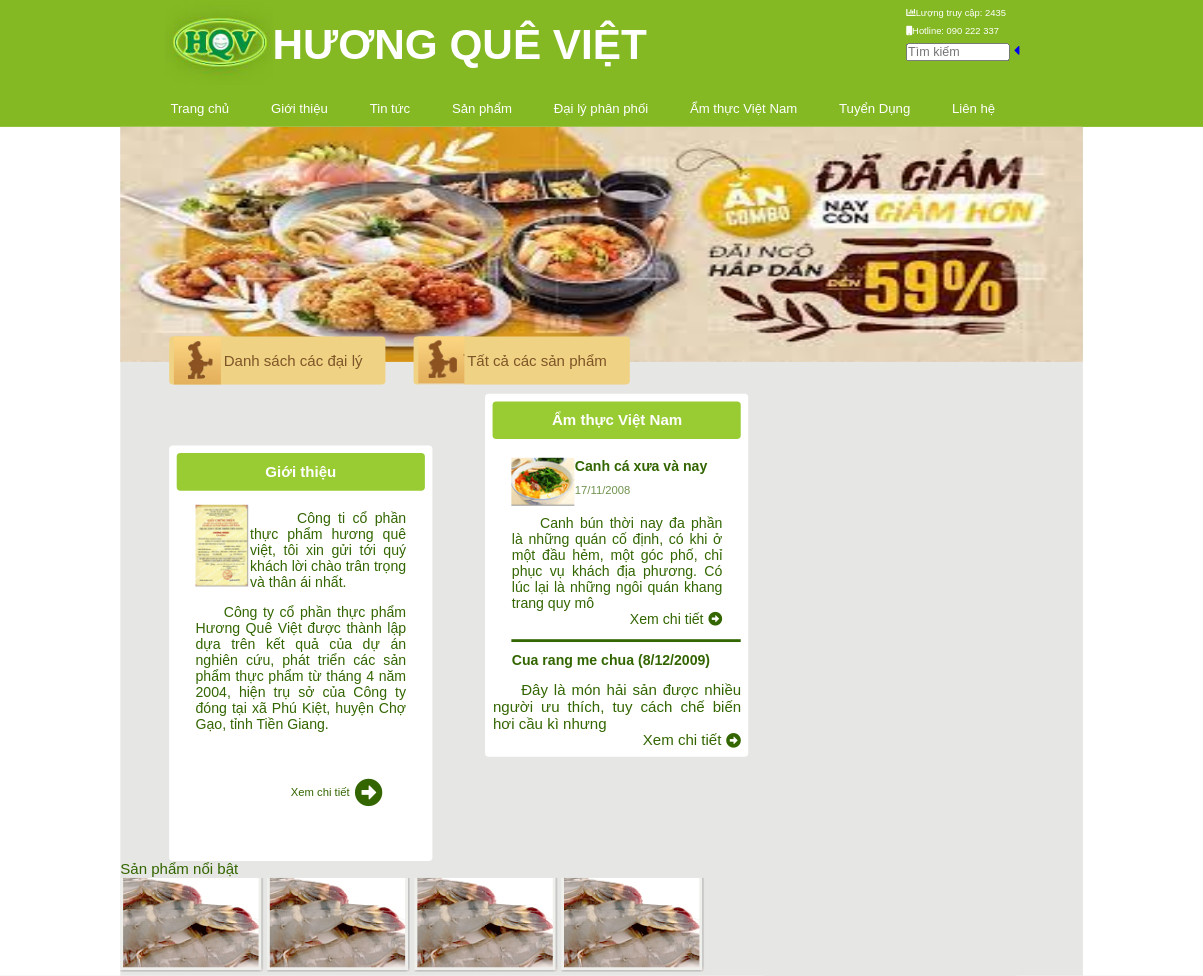
Repository: NgocTruong0701/Self_Learning
Page: html/practice/Baitapweb/index.html
The author's editor kept a copy of each file at every save. The page is drawn from the files as they stood at one save, then again after the next save.
The browser window is 1280 px wide. The pictures show the whole page, at 94% of full size.

Above is the page before, as saved 2021-10-06 21:56:52.

### html/practice/Baitapweb/index.html
<!DOCTYPE html>
<html>
    <head>
        <title>Web Bài 4</title>
        <meta charset="UTF-8">
        <meta name="author" content="Lê Ngọc Trường">
        <link rel="stylesheet" type="text/css" href="./assets/css/styles.css">
        <link rel="stylesheet" href="./assets/font/fontawesome-free-5.15.4-web/css/all.css">
    </head>

    <body>
        <!-- Begin Header -->
        <header>
            <!-- Banner -->
            <div id="banner">
                <!-- Khối bên trái -->
                <div class="box-left">
                    <!-- logo -->
                    <div class="logo">
                        <img src="./assets/pictures/logo/logo.jpg" alt="logo">
                    </div>

                    <!-- tiêu đề -->
                    <div class="header-heading">
                        hương quê việt
                    </div>
                </div>

                <!-- khối bên phải -->
                <div class="box-right">
                    <div class="thongtin">
                        <div class="ltruycap">
                            <i class="fas fa-chart-bar"></i>
                            <p>Lượng truy cập: 2435</p>
                        </div>

                        <div class="ltruycap">
                            <i class="fas fa-mobile"></i>
                            <p>Hotline: 090 222 337</p>
                        </div>
                    </div>

                    <div class="search">
                        <form action="url" method="GET" >
                            <input type="text" placeholder="Tìm kiếm" class="onhap">
                            <a href="#">
                                <i class="fas fa-caret-left"></i>
                            </a>
                        </form>
                    </div>
                </div>
            </div>

            <!-- menu header -->
            <div class="menu-header">
                <ul class="menu-tren">
                    <li><a href="#">Trang chủ</a></li>
                    <li><a href="#">Giới thiệu</a></li>
                    <li><a href="#">Tin tức</a></li>
                    <li><a href="#">Sản phẩm</a></li>
                    <li><a href="#">Đại lý phân phối</a></li>
                    <li><a href="#">Ẩm thực Việt Nam</a></li>
                    <li><a href="#">Tuyển Dụng</a></li>
                    <li><a href="#">Liên hệ</a></li>
                </ul>
            </div>

        </header>
        <!-- End Header -->

        <!-- Begin Body -->
        <div id="container">
            <div class="box-up">
                <div class="body-banner">
                    <img src="./assets/pictures/banner/banner.jpg" alt="body-banner">
                </div>

                <div class="box-list-title">
                    <div class="body-title">
                        <img src="./assets/pictures/product/BT1_03.gif" alt="daily">

                        <p class="body-list">
                            Danh sách các đại lý
                        </p>
                    </div>

                    <div class="body-title">
                        <img src="./assets/pictures/product/BT1_05.gif" alt="daily">

                        <p class="body-list">
                            Tất cả các sản phẩm
                        </p>
                    </div>
                </div>
            </div>


            <div class="box-down">
                <div class="introduce">
                    <p class="title-introduce">Giới thiệu</p>

                    <div class="box-introduce-first">
                        <img src="./assets/pictures/product/BT1_10.gif" alt="chứng nhận" class="image-box-left">

                        <p class="line-first">Công ti cổ phần thực phẩm hương quê việt, tôi xin gửi tới quý khách lời chào trân trọng và thân ái nhất.</p>

                        <p class="line-second">
                            Công ty cổ phần thực phẩm Hương Quê Việt được thành lập dựa trên kết quả của dự án nghiên cứu, phát triển các sản phẩm thực phẩm từ tháng 4 năm 2004, hiện trụ sở của Công ty đóng tại xã Phú Kiệt, huyện Chợ Gạo, tỉnh Tiền Giang.
                        </p>
                    </div>

                    <div class="more">
                        <p class="text-more">Xem chi tiết</p>

                        <i class="fas fa-arrow-alt-circle-right first-icon"></i>
                    </div>
                </div>

                <div class="review">
                    <p class="title-introduce">Ẩm thực Việt Nam</p>

                    <div class="box-review-first">
                        <img src="./assets/pictures/product/BT1_13.gif" alt="chứng nhận" class="image-box-left">

                        <div class="reviewer">
                            <p class="heading-up">Canh cá xưa và nay</p>

                            <p class="time">17/11/2008</p>
                        </div>


                        <p class="line-second">
                            Canh bún thời nay đa phần là những quán cố định, có khi ở một đầu hẻm, một góc phố, chỉ phục vụ khách địa phương. Có lúc lại là những ngôi quán khang trang quy mô
                        </p>
                        <div class="more-second">
                            <p class="text-more">Xem chi tiết</p>

                            <i class="fas fa-arrow-alt-circle-right second-icon"></i>
                        </div>
                    </div>

                    <div class="box-introduce-second">
                        <p class="heading-up-review">Cua rang me chua <span>(8/12/2009)</span></p>

                        <p class="line-second">
                            Đây là món hải sản được nhiều người ưu thích, tuy cách chế biến hơi cầu kì nhưng
                        </p>

                        <div class="more-second">
                            <p class="text-more">Xem chi tiết</p>

                            <i class="fas fa-arrow-alt-circle-right second-icon"></i>
                        </div>
                    </div>

                </div>



                <div class="list-introduce">
                    <p class="heading-list-introduce">
                        Sản phẩm nổi bật
                    </p>

                    <div class="picture-introduce">
                        <img src="./assets/pictures/product/BT1_16.gif" alt="one" class="img-introduce">
                        <img src="./assets/pictures/product/BT1_16.gif" alt="one" class="img-introduce">
                        <img src="./assets/pictures/product/BT1_16.gif" alt="one" class="img-introduce">
                        <img src="./assets/pictures/product/BT1_16.gif" alt="one" class="img-introduce">
                    </div>
                </div>
            </div>
        </div>
        <!-- End Body -->

        <!-- Begin Footer -->
        <footer>

        </footer>
        <!-- End Footer -->
    </body>
</html>

### html/practice/Baitapweb/assets/css/styles.css
/* RESET CSS */
*{
    padding:0;
    margin: 0;
    box-sizing:border-box;
}

html{
    font-family: Arial, Helvetica, sans-serif;
    color:#fff;
}
/* Begin Header */
header{
    background-color: rgb(132, 185, 35);
    text-align: center;
    width: 100%;
    height: 135px;
}

#banner{
    width: 100%;
    height: 95px;
    display: flex;
    justify-content: space-evenly
}



.header-heading{
    text-transform: uppercase;
    padding-right:100px;
    font-size: 45px;
    font-weight: 700;
}

header .box-left{
    display: flex;
    align-items: center;
}

header .box-right{
    display: inline-block;
    height: 95px;
    position: relative;
    width: 140px;
}

.menu-header{
    height: 40px;
}

.ltruycap{
    display: flex;
    margin: 8px 0;
}

.search{
    position: absolute;
    left:0;

}

.thongtin{
    font-size:10px;
}

.search .onhap{
    width: 110px;
}



.menu-tren li{
    display: inline-block;
    list-style-type:square ;
    margin-right:40px;
}

.menu-tren li a{
    line-height: 40px;
    text-decoration: none;
    color: #fff;
    font-size:14px;
}

.menu-tren li a:hover{
    color: #805528;
}

/* End Header */

/* Begin Container */
#container{
    background: #e6e6e4;
    width: 80%;
    margin-left: auto;
    margin-right: auto;
}
.box-up{
    position: relative;
}

.box-list-title{
    display: inline-flex;
    position: absolute;
    top: 223px;
    left: 52px;
}

.body-title{
    display: flex;
    align-items: center;
    background: #f0d284;
    width: 230px;
    margin-right: 30px;
    border-radius: 4px;
    padding-left:5px;
}

.body-banner img{
    height: 250px ;
    width: 100%;
}

.box-up .body-list{
    color:#7d5527;
    padding-left:3px ;
}

.box-down{
    color: #336600 ;
}

.box-down .introduce{
    margin-top: 30px;
    max-width: 280px;
    display: inline-block;
    margin-left: 52px;
    background: #fff;
    padding: 8px;
    border-radius: 4px;
}

.box-down .title-introduce{
    background: #99cc33;
    height: 40px;
    line-height: 40px;
    color:#fff;
    text-align:center;
    font-weight: 600;
    border-radius:4px;
}

.box-introduce-first{
    margin: 15px 20px 0 20px;
    font-size:15px;
}

.box-down img.image-box-left{
    float:left;
}

.line-first{
    text-indent: 50px;
    text-align: justify;
    padding:5px 0 0 0;
}

.line-second{
    clear: left;
    margin-top: 5px;
    width: 230x;
    text-align: justify;
}

.more{
    display: flex;
    float: right;
    margin: 50px 45px 50px 0;
    align-items: center;
    cursor:pointer;
}

.more .text-more{
    font-size: 12px;
    margin-right: 5px;
}

.more .first-icon{
    font-size:30px;

}

.review{
    margin-top: 30px;
    max-width: 280px;
    display: inline-block;
    margin-left: 52px;
    background: #fff;
    padding: 8px;
    border-radius: 4px;
}

.heading-up{
    font-weight: 600;
    margin-bottom: 10px;
}

.time{
    font-size:12px;
    opacity: 0.7;
}

.line-second{
    text-indent: 30px;
    padding-top: 10px;
}

.box-review-first{
    margin: 15px 20px 0 20px;
    font-size:15px;

}

.heading-up{
    display: block;
    margin-top: 20px;
}

.more-second{
    display: flex;
    float: right;
    align-items: center;
    cursor: pointer;
}

.text-more{
    margin-right: 5px;
}

.heading-up-review{
    font-size:15px;
    border-top-style:solid ;
    border-top-width: ;
    margin-top: 30px;
    font-weight: 600;
    margin-left: 20px;
    padding-top: 10px;
}
/* End Container */

/* Begin Footer */





/* End Footer */

Loaded but not shown: html/practice/Baitapweb/Web4-Webside-LeNgocTruong-2020601391/assets/font/fontawesome-free-5.15.4-web/css/all.css (library)

After the next save:
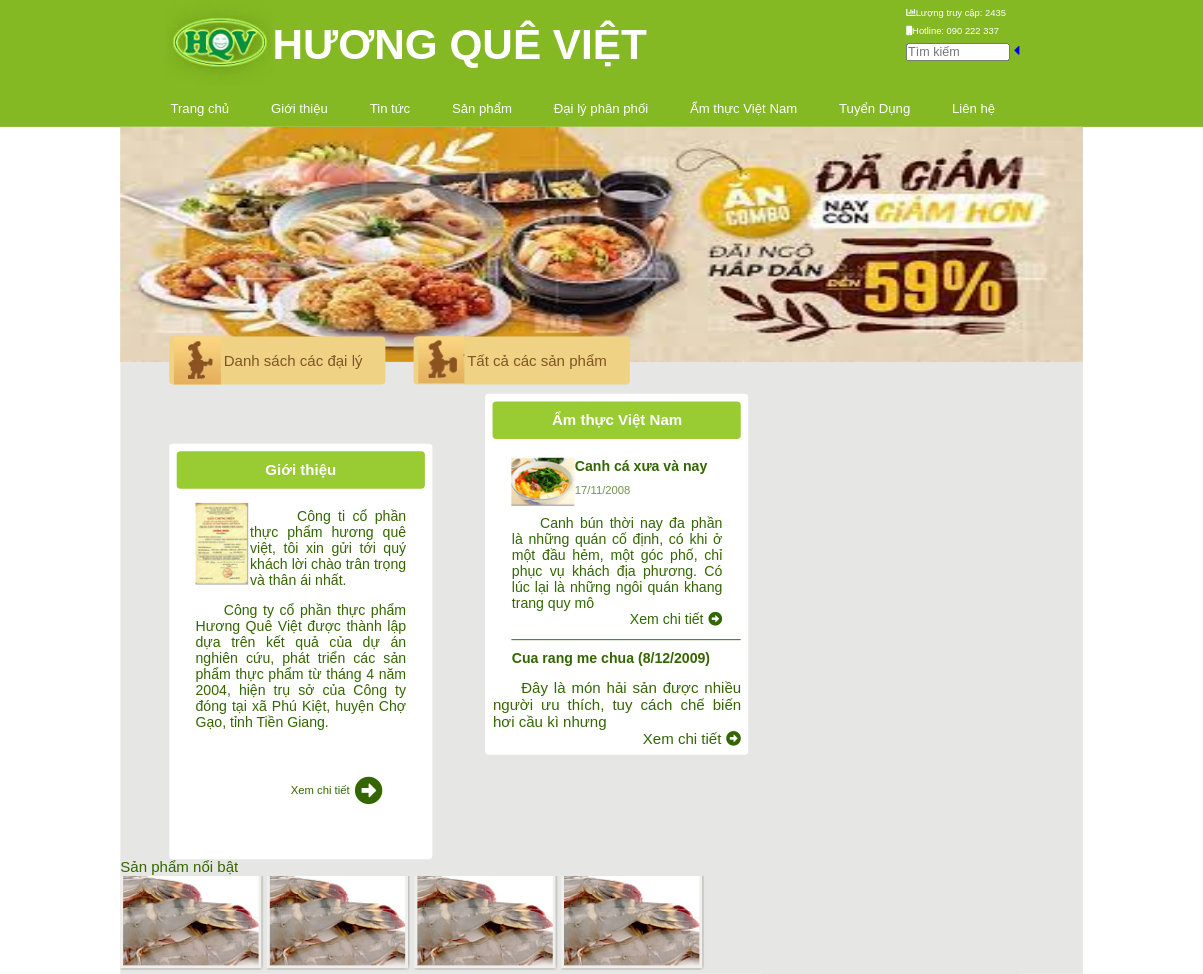
Saved 8 s later.
--- a/html/practice/Baitapweb/assets/css/styles.css
+++ b/html/practice/Baitapweb/assets/css/styles.css
@@ -241,7 +241,7 @@ header .box-right{
 .heading-up-review{
     font-size:15px;
     border-top-style:solid ;
-    border-top-width: ;
+    border-top-width: thin;
     margin-top: 30px;
     font-weight: 600;
     margin-left: 20px;
